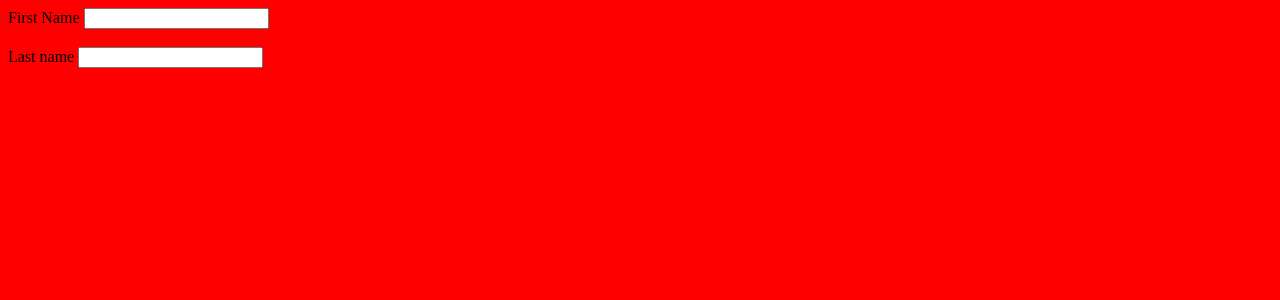
Repository: Fariaddd/codefactor-stylesheet
Page: index.html
The author's editor kept a copy of each file at every save. The page is drawn from the files as they stood at one save, then again after the next save.
The browser window is 1280 px wide. The pictures show the whole page.

Above is the page before, as saved 2021-11-17 19:01:43.

### index.html
<!DOCTYPE html>
<html lang="en">
  <head>
    <meta charset="UTF-8" />
    <meta http-equiv="X-UA-Compatible" content="IE=edge" />
    <meta name="viewport" content="width=device-width, initial-scale=1.0" />
    <title>Document</title>
    <link rel="stylesheet" href="./styles/styles.css" />
  </head>
  <body>
    <form action="/action">
      <label for="firstname">First Name</label>
      <input type="text" id="firstname" name="firstname" /><br /><br />
      <label for="lastname">Last name</label>
      <input type="text" id="lLastname" name="LastName" />
    </form>
  </body>
</html>

### styles/styles.css
body {
  background-color: red;
}
h1 {
  font-size: 26px;
  color: purple;
}

p {
  font-size: 16px;
  color: royalblue;
}

After the next save:
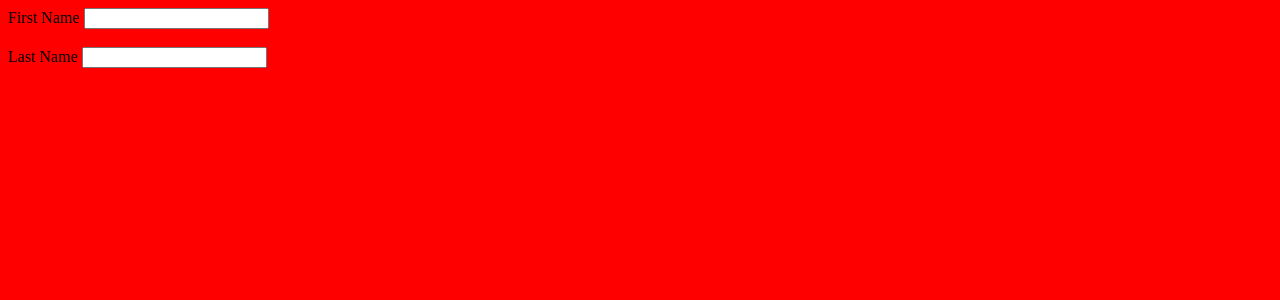
Saved 27 s later.
--- a/index.html
+++ b/index.html
@@ -11,8 +11,8 @@
     <form action="/action">
       <label for="firstname">First Name</label>
       <input type="text" id="firstname" name="firstname" /><br /><br />
-      <label for="lastname">Last name</label>
-      <input type="text" id="lLastname" name="LastName" />
+      <label for="lastname">Last Name</label>
+      <input type="text" id="lastname" name="lastname" />
     </form>
   </body>
 </html>
